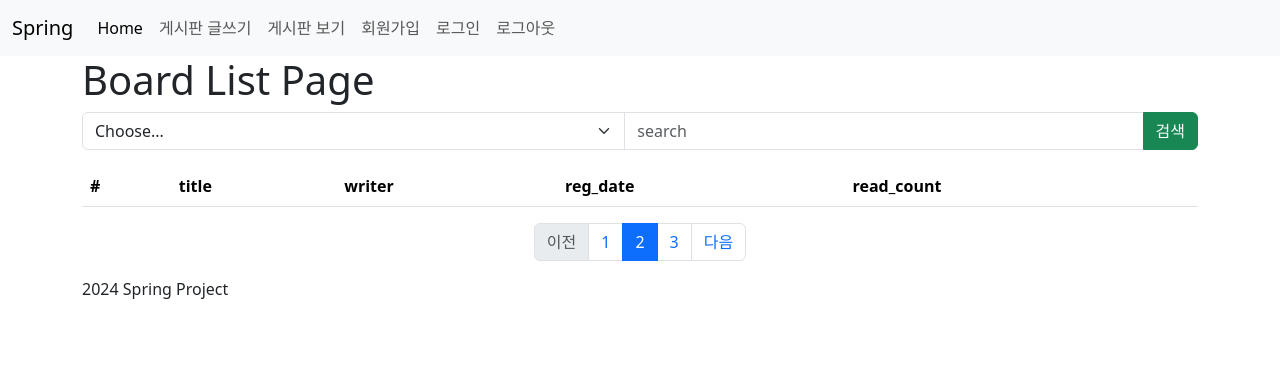
Repository: havanara/240423_SPRING_Project
Page: http://localhost/spring_study/WEB-INF/views/board/list.jsp
These files come from the project's save history. The page is drawn as it stood at one moment and after the next save; the edit follows.
The browser window is 1280 px wide. The pictures show the whole page.
The page is served by Tomcat 9. Nobody is signed in. The template is opened directly, without the code that normally fills it, so the values that code supplies are empty.

Above is the page before, as saved 2024-04-24 08:46:13.

### spring_study/src/main/webapp/WEB-INF/views/board/list.jsp
<%@ page language="java" contentType="text/html; charset=UTF-8"
    pageEncoding="UTF-8"%>
    <%@taglib uri="http://java.sun.com/jsp/jstl/core" prefix="c"%>

<jsp:include page="../layout/header.jsp" />

<div class="container-md">
	<h1>Board List Page</h1>

	<!-- 검색 라인 -->
	<form action="">
		<div class="input-group mb-3">
			<select class="form-select" aria-label="Default select example">
			  <option selected>Choose...</option>
			  <option value="title">title</option>
			  <option value="writer">writer</option>
			  <option value="content">content</option>
			</select>
			<input class="form-control" type="text" placeholder="search" aria-label="default input example">
		  <button type="button" class="btn btn-success">검색</button>
		</div>
	</form>

	<table class="table table-hover">
		<thead>
			<tr>
				<th>#</th>
				<th>title</th>
				<th>writer</th>
				<th>reg_date</th>
				<th>read_count</th>
			</tr>
		</thead>
		<tbody class="table-group-divider">
		<c:forEach items="${list }" var="bvo">
			<tr>
				<td>${bvo.bno }</td>
				<td><a href="/board/detail?bno=${bvo.bno }">${bvo.title }</a></td>
				<td>${bvo.writer }</td>
				<td>${bvo.reg_date }</td>
				<td>${bvo.read_count }</td>
			</tr>
		</c:forEach>
		</tbody>
	</table>

	<!-- 페이지네이션 라인 -->
	<nav aria-label="Page navigation example">
		<ul class="pagination justify-content-center">
			<li class="page-item disabled">
				<a class="page-link">이전</a>
			</li>
			<li class="page-item"><a class="page-link" href="#">1</a></li>
			<li class="page-item active" aria-current="page">
				<a class="page-link" href="#">2</a>
			</li>
			<li class="page-item"><a class="page-link" href="#">3</a></li>
			<li class="page-item">
				<a class="page-link" href="#">다음</a>
			</li>
		</ul>
	</nav>
</div>

<jsp:include page="../layout/footer.jsp" />

### spring_study/src/main/webapp/WEB-INF/views/layout/header.jsp
<%@ page language="java" contentType="text/html; charset=UTF-8"
    pageEncoding="UTF-8"%>
<!DOCTYPE html>
<html>
<head>
<meta charset="UTF-8">
<title>header.jsp</title>
<link href="https://cdn.jsdelivr.net/npm/bootstrap@5.3.3/dist/css/bootstrap.min.css" rel="stylesheet" integrity="sha384-QWTKZyjpPEjISv5WaRU9OFeRpok6YctnYmDr5pNlyT2bRjXh0JMhjY6hW+ALEwIH" crossorigin="anonymous">
<script src="https://cdn.jsdelivr.net/npm/bootstrap@5.3.3/dist/js/bootstrap.bundle.min.js" integrity="sha384-YvpcrYf0tY3lHB60NNkmXc5s9fDVZLESaAA55NDzOxhy9GkcIdslK1eN7N6jIeHz" crossorigin="anonymous"></script>
</head>
<body>
<nav class="navbar navbar-expand-lg bg-body-tertiary">
  <div class="container-fluid">
    <a class="navbar-brand" href="#">Spring</a>
    <button class="navbar-toggler" type="button" data-bs-toggle="collapse" data-bs-target="#navbarSupportedContent" aria-controls="navbarSupportedContent" aria-expanded="false" aria-label="Toggle navigation">
      <span class="navbar-toggler-icon"></span>
    </button>
    <div class="collapse navbar-collapse" id="navbarSupportedContent">
      <ul class="navbar-nav me-auto mb-2 mb-lg-0">
        <li class="nav-item">
          <a class="nav-link active" aria-current="page" href="#">Home</a>
        </li>
        <li class="nav-item">
          <a class="nav-link" href="/board/register">게시판 글쓰기</a>
        </li>
        <li class="nav-item">
          <a class="nav-link" href="/board/list">게시판 보기</a>
        </li>
        <li class="nav-item">
          <a class="nav-link" href="#">회원가입</a>
        </li>
        <li class="nav-item">
          <a class="nav-link" href="#">로그인</a>
        </li>
        <li class="nav-item">
          <a class="nav-link" href="#">로그아웃</a>
        </li>
      </ul>
    </div>
  </div>
</nav>

### spring_study/src/main/webapp/WEB-INF/views/layout/footer.jsp
<%@ page language="java" contentType="text/html; charset=UTF-8"
    pageEncoding="UTF-8"%>
<!DOCTYPE html>

<div class="container-md">
	2024 Spring Project
</div>

</body>
</html>

After the next save:
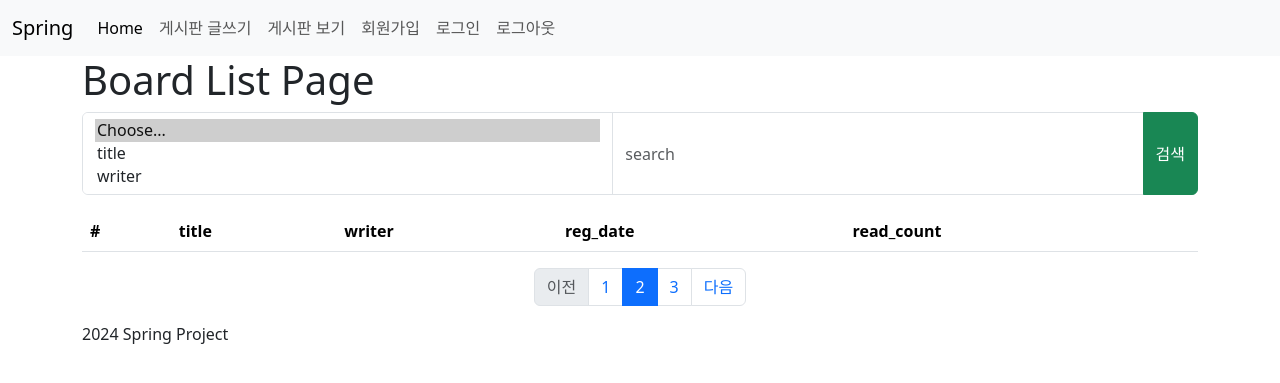
Saved 101 s later.
--- a/spring_study/src/main/webapp/WEB-INF/views/board/list.jsp
+++ b/spring_study/src/main/webapp/WEB-INF/views/board/list.jsp
@@ -10,14 +10,14 @@
 	<!-- 검색 라인 -->
 	<form action="">
 		<div class="input-group mb-3">
-			<select class="form-select" aria-label="Default select example">
+			<select size="3" class="form-select" aria-label="Default select example">
 			  <option selected>Choose...</option>
 			  <option value="title">title</option>
 			  <option value="writer">writer</option>
 			  <option value="content">content</option>
 			</select>
 			<input class="form-control" type="text" placeholder="search" aria-label="default input example">
-		  <button type="button" class="btn btn-success">검색</button>
+			<button type="button" class="btn btn-success">검색</button>
 		</div>
 	</form>
 

After the save that followed:
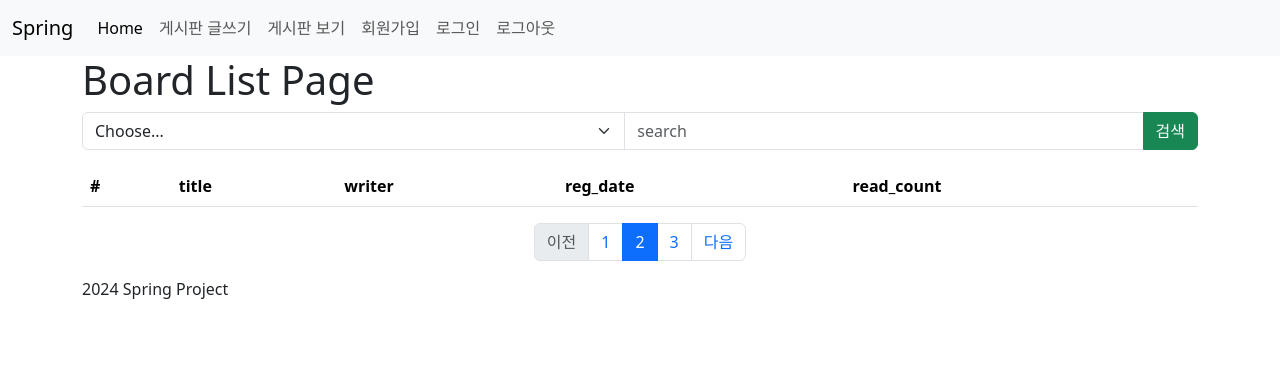
Saved 8 s later.
--- a/spring_study/src/main/webapp/WEB-INF/views/board/list.jsp
+++ b/spring_study/src/main/webapp/WEB-INF/views/board/list.jsp
@@ -10,7 +10,7 @@
 	<!-- 검색 라인 -->
 	<form action="">
 		<div class="input-group mb-3">
-			<select size="3" class="form-select" aria-label="Default select example">
+			<select size="1" class="form-select" aria-label="Default select example">
 			  <option selected>Choose...</option>
 			  <option value="title">title</option>
 			  <option value="writer">writer</option>
